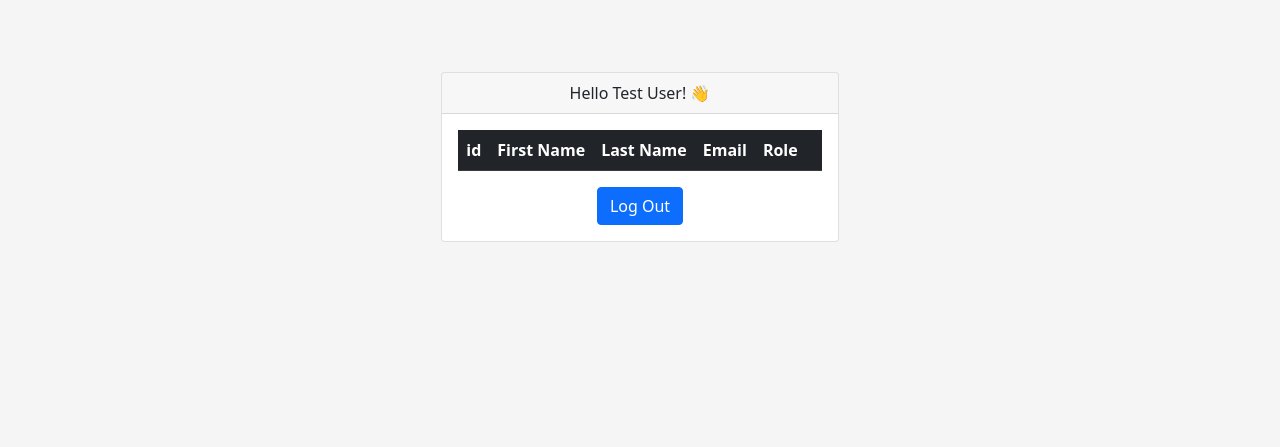
Repository: rabin-bhandari/LOGIN-SIGNUP
Page: http://localhost/welcome.php
An editor plug-in stored every save of this project. The page is shown before and after the next save, followed by the edit.
The browser window is 1280 px wide. The pictures show the whole page.
Some web libraries are served in a nearby version. The page is run by PHP 8.4 with error messages shown; the project is at /var/www/html/. The session is filled in as if someone had signed in: {"email": "test@example.com", "first_name": "Test User", "last_name": "Test User", "id": 1, "admin": 1}. Other server files are loaded and not shown. Queries for data that is not in the repository find no rows.

Above is the page before, as saved 2022-03-27 22:12:31.

### welcome.php
<?php

session_start();
include "connection.php";

if (isset($_SESSION['id']) && isset($_SESSION['email'])) {
?>
  <!DOCTYPE html>
  <html lang="en">

  <head>
    <!-- Required meta tags -->
    <meta charset="utf-8" />
    <meta name="viewport" content="width=device-width, initial-scale=1" />

    <!-- Bootstrap CSS -->
    <link href="https://cdn.jsdelivr.net/npm/bootstrap@5.1.3/dist/css/bootstrap.min.css" rel="stylesheet" integrity="sha384-1BmE4kWBq78iYhFldvKuhfTAU6auU8tT94WrHftjDbrCEXSU1oBoqyl2QvZ6jIW3" crossorigin="anonymous" />
    <link rel="stylesheet" href="https://cdnjs.cloudflare.com/ajax/libs/font-awesome/4.7.0/css/font-awesome.min.css">

    <link rel="stylesheet" href="main.css" />
    <title>Welcome</title>
  </head>
  <?php
  if ($_SESSION['admin'] == 1) {
  ?>

    <body>
      <div class="admin-container">
        <div class="card text-center">
          <div class="card-header">
            Hello <?php echo $_SESSION['first_name']; ?>! <span class="wave">👋</span>


          </div>
          <div class="card-body">

            <table class="table table-hover">
              <thead class="table-dark">
                <tr>
                  <th scope="col">id</th>
                  <th scope="col">First Name</th>
                  <th scope="col">Last Name</th>
                  <th scope="col">Email</th>
                  <th scope="col">Role</th>
                  <th scope="col"></th>
                </tr>
              </thead>
              <tbody>
                <?php
                $sql = "SELECT * FROM users";
                $result = mysqli_query($conn, $sql);
                while ($row_user = mysqli_fetch_array($result)) {
                  $id = $row_user['id'];
                  $first_name = $row_user['first_name'];
                  $last_name = $row_user['last_name'];
                  $email = $row_user['email'];
                  $admin = ($row_user['admin'] == 1) ? 'admin' : 'user';

                ?>
                  <tr>
                    <th scope="row"><?php echo $id; ?></th>
                    <td><?php echo $first_name; ?></td>
                    <td><?php echo $last_name; ?></td>
                    <td><?php echo $email; ?></td>
                    <td><?php echo $admin; ?></td>
                    <td>
                      <!-- Button trigger modal -->
                      <button class="btn btn-danger btn-sm" type="button" data-bs-toggle="modal" data-bs-target="#ModalCenter<?php echo $id; ?>"><i class="fa fa-pencil"></i></button>

                      <!-- Modal -->
                      <div class="modal fade" id="ModalCenter<?php echo $id; ?>" tabindex="-1" role="dialog" aria-labelledby="ModalCenterTitle" aria-hidden="true">
                        <div class="modal-dialog modal-dialog-centered" role="document">
                          <div class="modal-content">
                            <div class="modal-header">
                              <h5 class="modal-title" id="ModalCenterTitle">Edit User</b></h5>
                              <button type="button" class="close" data-bs-dismiss="modal" aria-label="Close">
                                <span aria-hidden="true">&times;</span>
                              </button>
                            </div>
                            <div class="modal-body">
                              <form id="edit-form" method="post" class="needs-validation" novalidate>
                                <div class="row g-3 mb-3">
                                  <div class="col-md-6">
                                    <label for="first-name" class="form-label">First name</label>
                                    <input type="text" class="form-control" id="first-name" placeholder="<?php echo $first_name; ?>" disabled>
                                  </div>
                                  <div class="col-md-6">
                                    <label for="last-name" class="form-label">Last name</label>
                                    <input type="text" class="form-control" id="last-name" placeholder="<?php echo $last_name; ?>" disabled>
                                  </div>
                                </div>
                                <div class="form-row">
                                  <div class="mb-3">
                                    <label for="email" class="form-label">Email</label>
                                    <input type="email" class="form-control" id="email" placeholder="<?php echo $email; ?>" disabled />
                                  </div>
                                </div>
                                <div class="form-row">
                                  <div class="mb-3">
                                    <label for="validation1" class="form-label">Password</label>
                                    <input type="password" class="form-control" id="validation1" name="validation1" placeholder="Enter Password" required />
                                  </div>
                                </div>
                                <div class="form-row">
                                  <div class="mb-3">
                                    <label for="validation2" class="form-label">Confirm Password</label>
                                    <input type="password" class="form-control" id="validation2" name="validation2" oninput="validate_pw2(this)" placeholder="Re-Enter Password" required />
                                    <div class="invalid-feedback">
                                      Password's do not match!
                                    </div>
                                  </div>
                                </div>
                                <div class="form-row">
                                  <label for="validationServer04" class="form-label">Role</label>
                                  <select class="form-select is-invalid" id="validationServer04" aria-describedby="validationServer04Feedback" required>
                                    <option selected disabled value="">Choose...</option>
                                    <option>...</option>
                                  </select>
                                  <div id="validationServer04Feedback" class="invalid-feedback">
                                    Please select a valid state.
                                  </div>
                                </div>
                                <button type="submit" class="btn btn-primary">Save changes</button>

                              </form>
                              <div class="modal-footer">
                                <button type="button" class="btn btn-danger" data-bs-dismiss="modal">Delete Account</button>
                              </div>
                            </div>

                          </div>
                        </div>
                      </div>
                    </td>


                  </tr>
                <?php } ?>
              </tbody>
            </table>
            <a href="logout.php" class="btn btn-primary">Log Out</a>
          </div>
        </div>
      </div>

    <?php
  } else {
    ?>

      <body>
        <div class="container">
          <div class="card text-center">
            <div class="card-header">
              WELCOME USER!
            </div>
            <div class="card-body">
              <h5 class="card-title">Hi <?php echo $_SESSION['first_name']; ?></h5>
              <p class="card-text">You've successfully logged in.</p>
              <a href="logout.php" class="btn btn-primary">Log Out</a>
            </div>
          </div>
        </div>
      <?php
    }
      ?>
      <script src="https://code.jquery.com/jquery-3.6.0.min.js" integrity="sha256-/xUj+3OJU5yExlq6GSYGSHk7tPXikynS7ogEvDej/m4=" crossorigin="anonymous"></script>
      <script src="https://cdn.jsdelivr.net/npm/jquery-validation@1.19.3/dist/jquery.validate.min.js"></script>
      <script src="https://cdn.jsdelivr.net/npm/@popperjs/core@2.10.2/dist/umd/popper.min.js" integrity="sha384-7+zCNj/IqJ95wo16oMtfsKbZ9ccEh31eOz1HGyDuCQ6wgnyJNSYdrPa03rtR1zdB" crossorigin="anonymous"></script>
      <script src="https://cdn.jsdelivr.net/npm/bootstrap@5.1.3/dist/js/bootstrap.min.js" integrity="sha384-QJHtvGhmr9XOIpI6YVutG+2QOK9T+ZnN4kzFN1RtK3zEFEIsxhlmWl5/YESvpZ13" crossorigin="anonymous"></script>
      <script src="validation.js"></script>
      </body>

  </html>

<?php
} else {
  header("Location: index.php");
  exit();
}

?>

### connection.php
<?php

$sname = "localhost";
$uname = "root";
$password = "";
$db_name = "LOGIN-SIGNUP";

$conn = mysqli_connect($sname, $uname, $password, $db_name);

if (!$conn) {
    echo "Connection failed";
}

### main.css
body {
  display: flex;
  justify-content: center;
  align-items: center;
  padding-top: 10vh;
  background-color: #f5f5f5;
}

.container {
  display: table;
  max-width: 50vw;
  margin: 50px auto;
}

.nav-tabs .nav-link {
  margin-bottom: -2px;
}

form {
  padding: 30px;
  background-color: #fff;
}

### validation.js
(function () {
  "use strict";

  // Fetch all the forms we want to apply custom Bootstrap validation styles to
  var forms = document.querySelectorAll(".needs-validation");

  // Loop over them and prevent submission
  Array.prototype.slice.call(forms).forEach(function (form) {
    form.addEventListener(
      "submit",
      function (event) {
        if (!form.checkValidity()) {
          event.preventDefault();
          event.stopPropagation();
        }
        form.classList.add("was-validated");
      },
      false
    );
  });
})();

function validate_pw2(pw2) {
  if (pw2.value !== $("#validation1").val()) {
    pw2.setCustomValidity("invalid");
  } else {
    pw2.setCustomValidity(""); // is valid
  }
}

After the next save:
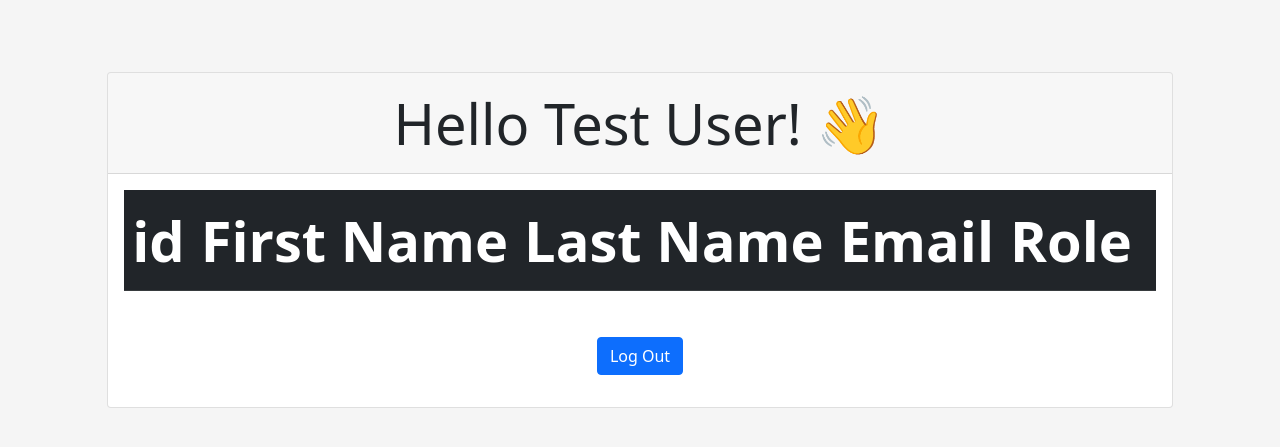
Saved 15 s later.
--- a/main.css
+++ b/main.css
@@ -20,3 +20,46 @@ form {
   padding: 30px;
   background-color: #fff;
 }
+
+.wave {
+  animation-name: wave-animation; /* Refers to the name of your @keyframes element below */
+  animation-duration: 2.5s; /* Change to speed up or slow down */
+  animation-iteration-count: infinite; /* Never stop waving :) */
+  transform-origin: 70% 70%; /* Pivot around the bottom-left palm */
+  display: inline-block;
+}
+
+@keyframes wave-animation {
+  0% {
+    transform: rotate(0deg);
+  }
+  10% {
+    transform: rotate(14deg);
+  } /* The following five values can be played with to make the waving more or less extreme */
+  20% {
+    transform: rotate(-8deg);
+  }
+  30% {
+    transform: rotate(14deg);
+  }
+  40% {
+    transform: rotate(-4deg);
+  }
+  50% {
+    transform: rotate(10deg);
+  }
+  60% {
+    transform: rotate(0deg);
+  } /* Reset for the last half to pause */
+  100% {
+    transform: rotate(0deg);
+  }
+}
+
+/* For demonstration purposes only: */
+body {
+  font-size: 3.5em;
+}
+h1 {
+  font-size: 0.5em;
+}

After the 2 saves that followed:
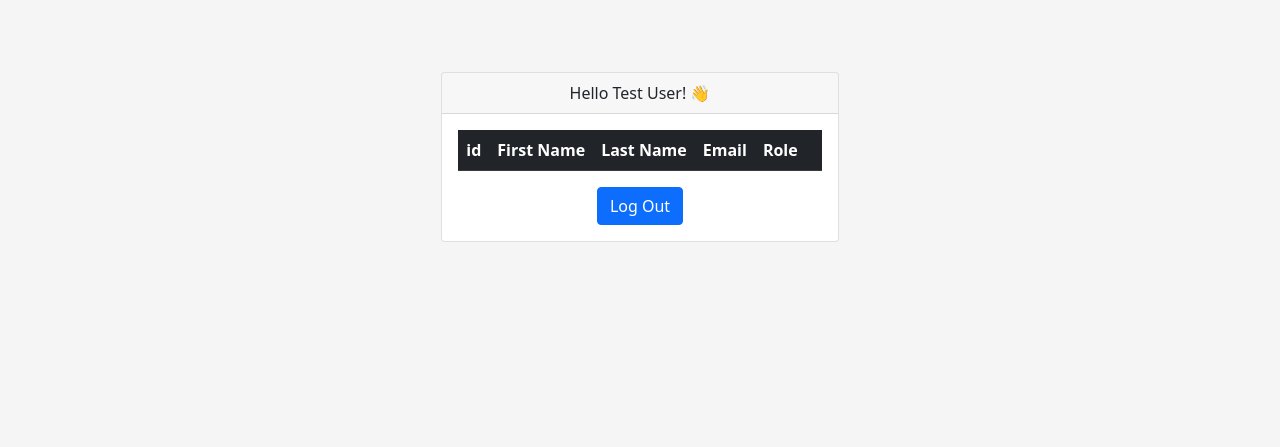
The 2 saves are shown as one change because 1 left the picture as it was.
The last was saved 86 s later.
--- a/welcome.php
+++ b/welcome.php
@@ -16,7 +16,6 @@ if (isset($_SESSION['id']) && isset($_SESSION['email'])) {
     <!-- Bootstrap CSS -->
     <link href="https://cdn.jsdelivr.net/npm/bootstrap@5.1.3/dist/css/bootstrap.min.css" rel="stylesheet" integrity="sha384-1BmE4kWBq78iYhFldvKuhfTAU6auU8tT94WrHftjDbrCEXSU1oBoqyl2QvZ6jIW3" crossorigin="anonymous" />
     <link rel="stylesheet" href="https://cdnjs.cloudflare.com/ajax/libs/font-awesome/4.7.0/css/font-awesome.min.css">
-
     <link rel="stylesheet" href="main.css" />
     <title>Welcome</title>
   </head>
--- a/main.css
+++ b/main.css
@@ -55,11 +55,3 @@ form {
     transform: rotate(0deg);
   }
 }
-
-/* For demonstration purposes only: */
-body {
-  font-size: 3.5em;
-}
-h1 {
-  font-size: 0.5em;
-}
